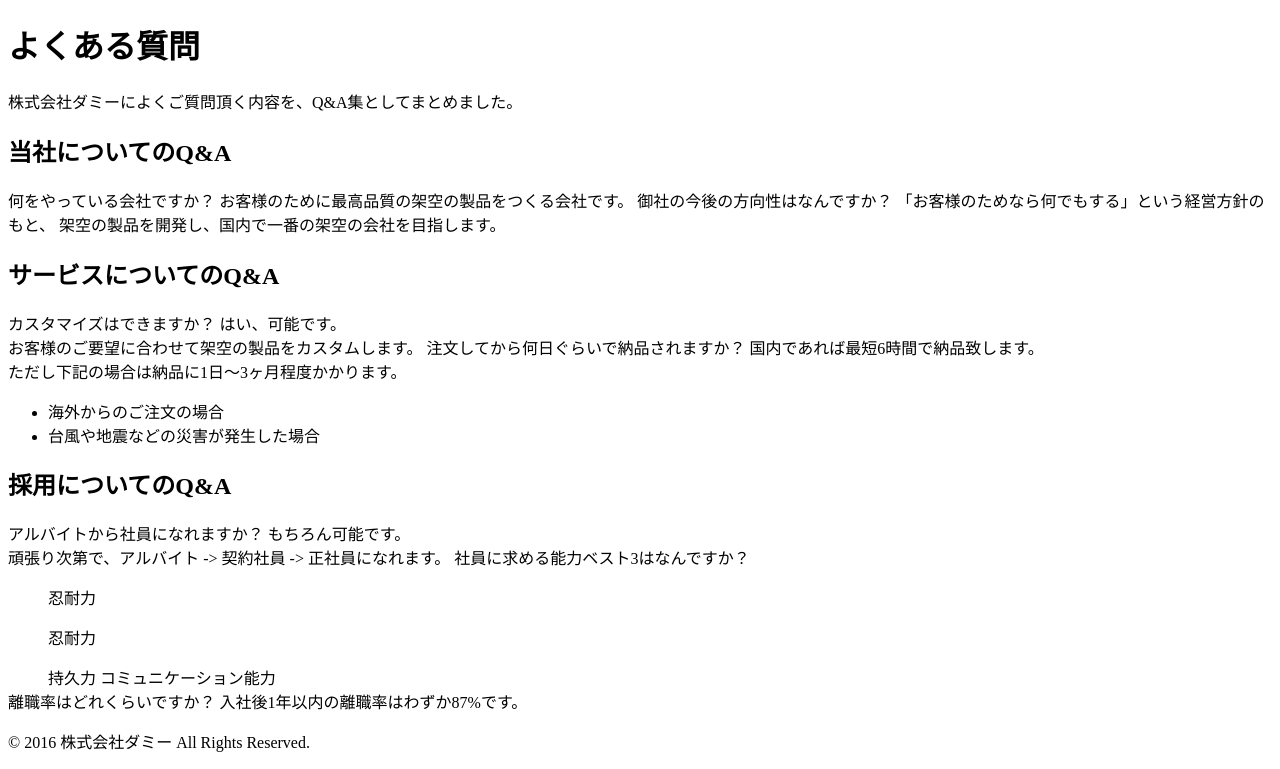
Repository: winc1980/practice-hp2022-wednesday
Page: ruka/practice1.html
These files come from the project's save history. The page is drawn as it stood at one moment and after a run of saves; the edit follows.
The browser window is 1280 px wide. The pictures show the whole page.

Above is the page before, as saved 2022-05-26 00:12:49.

### ruka/practice1.html
<!DOCTYPE html>
<html lang="ja">
<head>
    <meta charset="UTF-8">
    <meta http-equiv="X-UA-Compatible" content="IE=edge">
    <meta name="viewport" content="width=device-width, initial-scale=1.0">
    <title>よくある質問 | 架空の株式会社ダミー</title>
</head>
<body>
    <h1>よくある質問</h1>

<p>
株式会社ダミーによくご質問頂く内容を、Q&A集としてまとめました。
</p>

<h2>当社についてのQ&A</h2>


何をやっている会社ですか？

お客様のために最高品質の架空の製品をつくる会社です。


御社の今後の方向性はなんですか？

「<span>お客様のためなら何でもする</span>」という経営方針のもと、
架空の製品を開発し、<span>国内で一番の架空の会社を目指します</span>。



<h2>サービスについてのQ&A</h2>

カスタマイズはできますか？
はい、可能です。<br>
お客様のご要望に合わせて架空の製品をカスタムします。


注文してから何日ぐらいで納品されますか？
国内であれば最短6時間で納品致します。<br>
ただし下記の場合は納品に1日〜3ヶ月程度かかります。
<ul>
<li>
海外からのご注文の場合
</li>
<li>
台風や地震などの災害が発生した場合
</li>
</ul>
<h2>採用についてのQ&A</h2>

アルバイトから社員になれますか？

もちろん可能です。<br>
頑張り次第で、アルバイト -> 契約社員 -> 正社員になれます。
社員に求める能力ベスト3はなんですか？
<dd>
<dl>忍耐力</dl>
<dl>忍耐力</dl>
持久力
コミュニケーション能力
</dd>


離職率はどれくらいですか？
入社後1年以内の離職率は<span>わずか</span>87%です。
<p>
© 2016 株式会社ダミー All Rights Reserved.
</p>
</body>
</html>

After the next 3 saves:
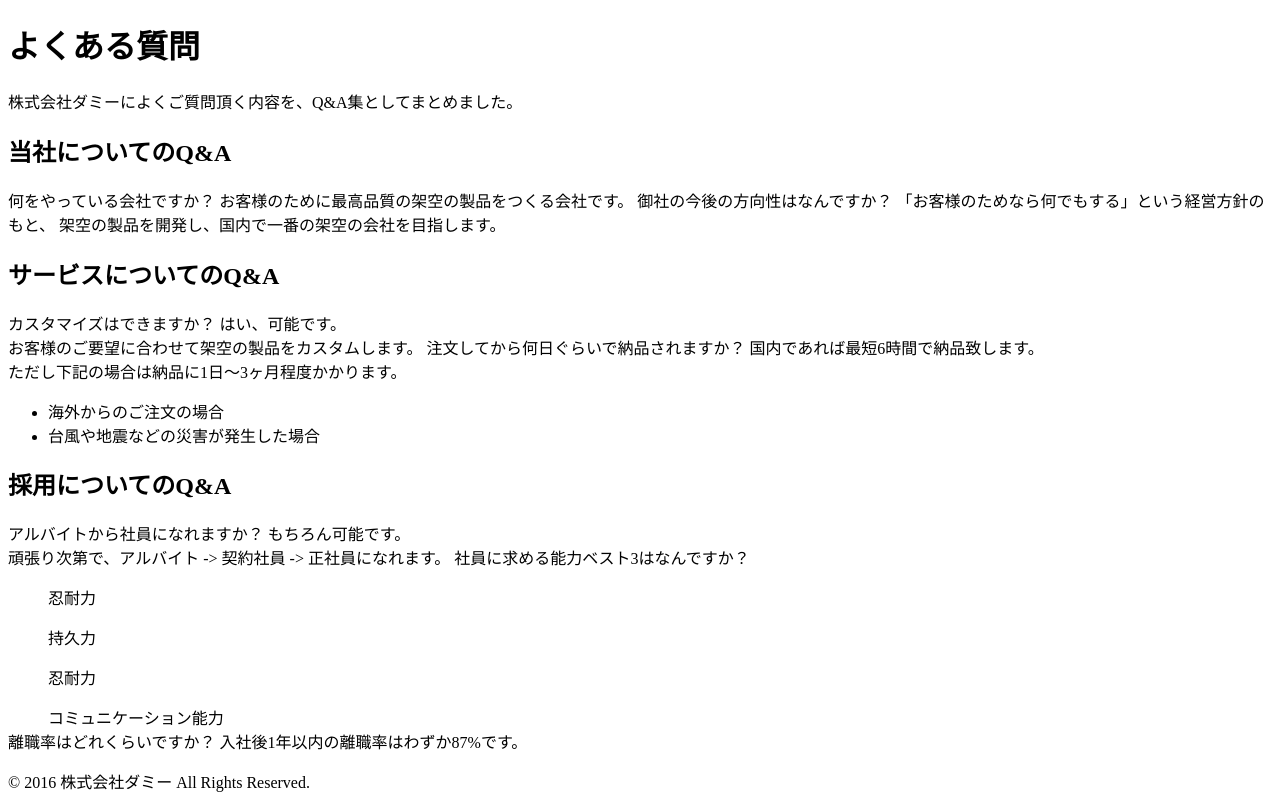
The 3 saves are shown as one change because they came seconds apart.
The last was saved 9 s later.
--- a/ruka/practice1.html
+++ b/ruka/practice1.html
@@ -55,8 +55,9 @@
 社員に求める能力ベスト3はなんですか？
 <dd>
 <dl>忍耐力</dl>
+<dl>持久力</dl>
 <dl>忍耐力</dl>
-持久力
+
 コミュニケーション能力
 </dd>
 
